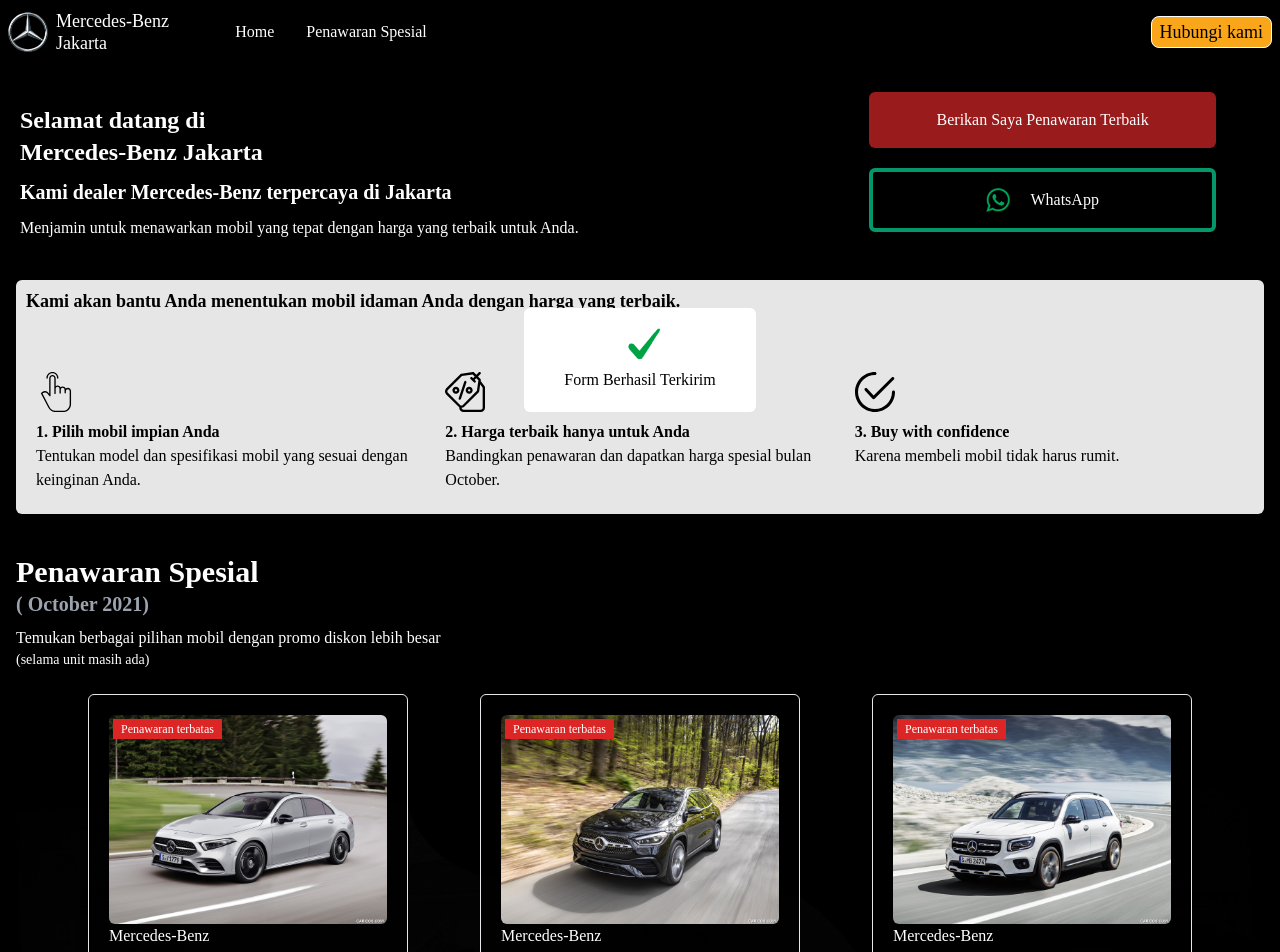
Repository: rafaelsatriabhi/mercedes-benz
Page: /
The author's editor kept a copy of each file at every save. The page is drawn from the files as they stood at one save, then again after the next save.
The browser window is 1280 px wide. The pictures show the part of the page from y = 0 to 952 px (the page is 2111 px tall).
Backgrounds fixed to the window are drawn as part of the page. The project was rebuilt for these pictures with package versions that can differ from the ones it lists, and the page was loaded fresh each time. The framework's server and built-in components were replaced by stand-ins that run in the browser. Also part of the build but not shown: components/modal/modal-form/modal-styles.module.css, pages/api/hello.js, components/modal/modal-form/index.jsx.

Above is the page before, as saved 2021-11-11 19:33:41.

After the next save:
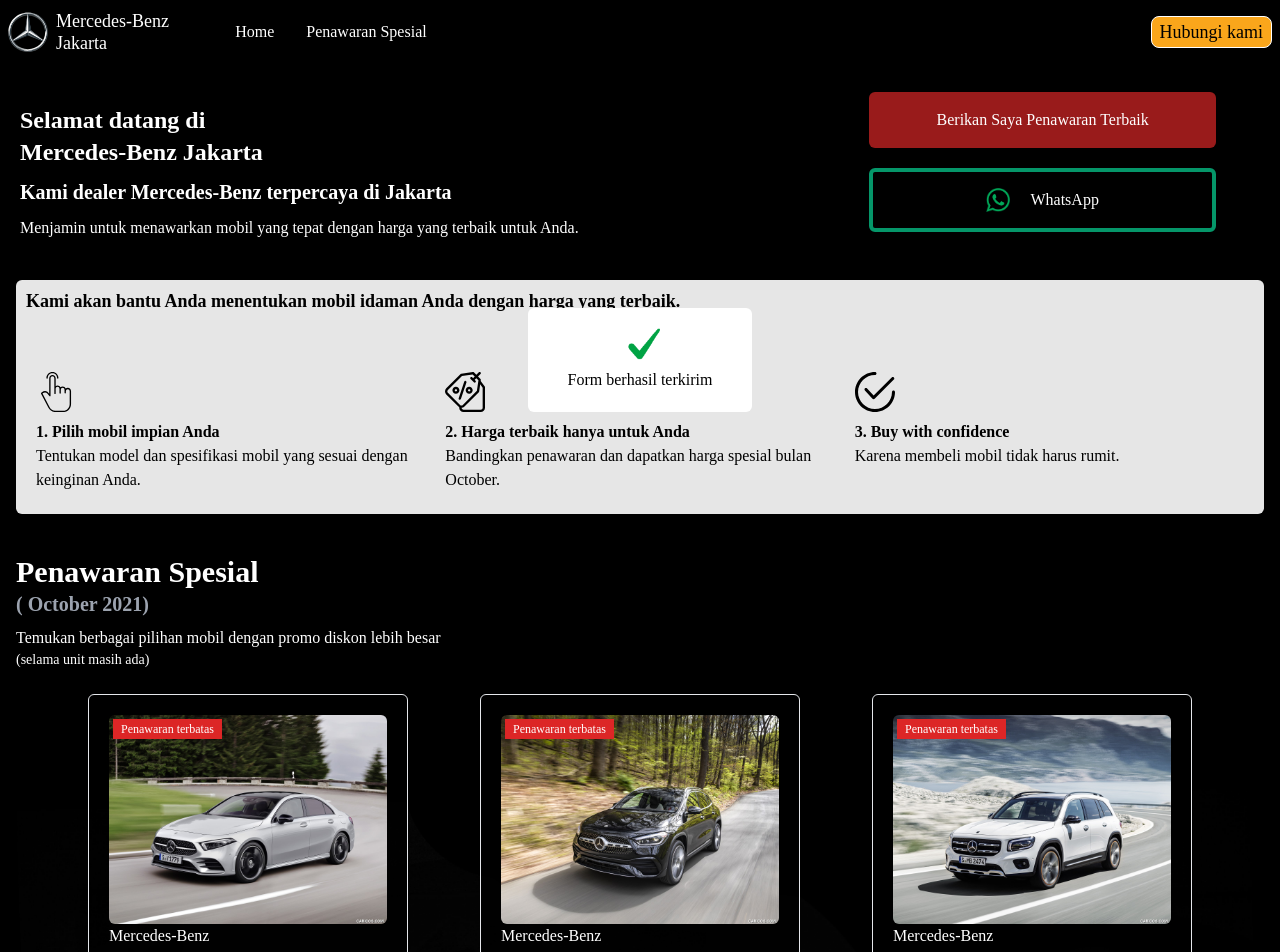
Saved 81 s later.
--- a/components/modal/modal-floating-notification/index.jsx
+++ b/components/modal/modal-floating-notification/index.jsx
@@ -5,7 +5,7 @@
     <div className="flex flex-col items-center bg-white rounded-md text-black text-center px-10 py-5">
       <img className="w-10" src="/assets/designs/check.png" alt="success logo" />
       <div>
-        Form Berhasil Terkirim
+        Form berhasil terkirim
       </div>
     </div>
   </div>
